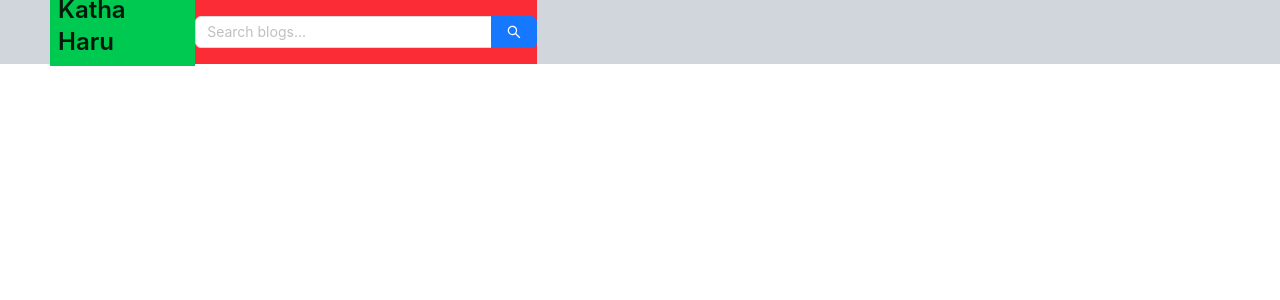
Repository: amich10/Blog_Frontend
Page: /user
These files come from the project's save history. The page is drawn as it stood at one moment and after a run of saves; the edit follows.
The browser window is 1280 px wide. The pictures show the whole page.
The project was rebuilt for these pictures with package versions that can differ from the ones it lists, and the page was loaded fresh each time. Also part of the build but not shown: vite.config.ts, src/pages/category/admin.category.tsx, src/services/user.service.tsx, src/pages/users/admin.user.list.tsx, src/components/input.component.tsx, src/pages/users/admin.adduser.tsx, src/pages/users/admin.user.edit.tsx, src/pages/category/add.category.tsx and 5 more.

Above is the page before, as saved 2025-04-25 12:13:49.

### index.html
<!doctype html>
<html lang="en">
  <head>
    <meta charset="UTF-8" />
    <link rel="icon" type="image/svg+xml" href="/vite.svg" />
    <meta name="viewport" content="width=device-width, initial-scale=1.0" />
    <title>Blog Platform</title>
  </head>
  <body>
    <div id="root"></div>
    <script type="module" src="/src/main.tsx"></script>
  </body>
</html>

### src/main.tsx
import { createRoot } from "react-dom/client";
import React from "react";
import './assets/css/main.css';
import '@ant-design/v5-patch-for-react-19';
import RouterConfig from "./config/router.config";

createRoot(document.getElementById('root')!).render(
  //<React.StrictMode>
    <RouterConfig />
  //</React.StrictMode>

);

### src/config/router.config.tsx
import { RouterProvider } from "react-router";
import { router } from "./routes.config";
import { ToastContainer } from "react-toastify";
import { AuthProvider } from "../context/auth.context";
import { CategoryProvider } from "../context/category context/category.context";

const RouterConfig = () => {
  return (
    <>
      <AuthProvider>
        <CategoryProvider>
        <ToastContainer theme="light" />
        <RouterProvider router={router}></RouterProvider>
        </CategoryProvider>
      </AuthProvider>
    </>
  );
};
export default RouterConfig;

### src/config/routes.config.tsx
import { createBrowserRouter } from "react-router";
import { lazy, Suspense } from "react";
import { Spin } from "antd";
//import ChangePasswordPage from "../pages/change-password after login/change.password";

import CategoryList from "../pages/category/admin.category";
import UserList from "../pages/users/admin.user.list";
import CreateUser from "../pages/users/admin.adduser";
import UserEdit from "../pages/users/admin.user.edit";
import AddCategory from "../pages/category/add.category";
import EditCategory from "../pages/category/edit.category";
import PostList from "../posts/posts.list";
import CreatePost from "../posts/post.create";
import EditPost from "../posts/edit.post";
import UserHomePage from "../pages/user role/home page/user.home.page";
const RegisterPage = lazy(() => import("../pages/auth/register/register.page"))
const HomePage = lazy(() => import("../pages/home/home.page"));
const ForgetPasswordPage = lazy(() => import("../pages/auth/forget-password/forget-password"));
const ActivateAccountPage = lazy(() => import("../pages/auth/activate-account/ativate-account"));
const ResetPasswordPage = lazy(() => import("../pages/auth/forget-password/reset-password"));
const AdminPannelPage = lazy(() => import("../pages/admin/admin.pannel"));

export const router = createBrowserRouter([
    {
      path: "/",
      element: (
        <Suspense fallback={<Spin fullscreen tip="Loading...." size="default" />}>
          <HomePage />
        </Suspense>
      ),
    },
    {
      path: "/register",
      element: <RegisterPage />,
    },
    {
      path: "/forget-password",
      element: <ForgetPasswordPage />,
    },
    {
      path: "activate/:activationToken",
      element: <ActivateAccountPage />,
    },
    {
      path: "verify-token/:forgetToken",
      element: (
        <Suspense fallback={<Spin fullscreen tip="Verifying token...." size="large" />}>
          <ResetPasswordPage />
        </Suspense>
      ),
    },
    {
      path: "admin",
      Component:AdminPannelPage,
      children:[
        {
            index:true
        },
        {
          path:'posts',
          Component:PostList
        },
        {
          path:"posts/create",
          Component:CreatePost
        },
        {
          path:"posts/:id",
          Component:EditPost
        },
        {
            path:'category',
            Component:CategoryList
        },
        {
          path:"category/create",
          Component:AddCategory
        },
        {
          path:"category/:id",
          Component:EditCategory
        },
        {
          path:'users',
          Component:UserList
        },
        {
          path:'users/create',
          Component:CreateUser
        },{
          path:"users/:id",
          Component:UserEdit
        },

      ]
    },
    {
      path:'user',
      Component:UserHomePage,
      children:[{
      }]
    }
  ]);

### src/context/auth.context.tsx
import { createContext, ReactNode, SetStateAction, useContext, useEffect, useState, Dispatch } from "react";
import authSvc from "../services/auth.service";
import notifcation, { getLocalStorage, NotificationType, setLocalStorage } from "../utilities/helpers";
import { webStorageConstants } from "../constants/constants";
import { Spin } from "antd";
import { LoadingOutlined } from '@ant-design/icons';

export interface ICredentials {
  username: string;
  password: string;
}

export interface IChildrenProps {
  children: ReactNode;
}

export interface IUserDetails {
  name: string;
  username: string;
  email: string;
  phone: string;
  address: string;
  role: string;
  status: string;
  _id: string;
  image: {
    url: string;
    optimizedUrl: string;
  };
  createdAt: Date;
  bio: string;
}

export interface IAuthContext {
    login: (credentials: ICredentials) => Promise<void>;
    forgetPassword: (data: { email: string }) => Promise<void>;
    userDetails: IUserDetails;
    setUserDetails: Dispatch<SetStateAction<IUserDetails | undefined>>;
  }

  export const AuthContext = createContext<IAuthContext>({
    login: async (_credentials: ICredentials): Promise<void> => {},
    forgetPassword: async (_data: { email: string }): Promise<void> => {},
    userDetails: {} as IUserDetails,
    setUserDetails: () => {},
  });

export const AuthProvider = ({ children }: IChildrenProps) => {
  const [userDetails, setUserDetails] = useState<IUserDetails>();
  const [loading,setLoading] = useState<boolean>(false)

  const getLoggedInUser = async () => {
    try {
      const userInfo = await authSvc.getRequest("auth/me");
      setUserDetails(userInfo.result.data);
      return userInfo.result.data;
    } catch (exception) {
      throw exception
    }
  };

  const LoginFunc = async (credentials: ICredentials) => {
    setLoading(true)
    try {
      const response = await authSvc.postRequest("/auth/login", credentials);
      notifcation(response.result.message, NotificationType.SUCCESS);
      setLocalStorage(webStorageConstants.ACCESS, response.result.data.accessToken);
      setLocalStorage(webStorageConstants.REFRESH, response.result.data.refreshToken);
      return await getLoggedInUser();
    } catch (exception: any) {
      notifcation(exception.response.message, NotificationType.ERROR);
    } finally{
    setLoading(false)
    }
  };

  const forgetPasswordFunc = async (data: { email: string }) => {
    try {
      const response = await authSvc.postRequest("auth/forget-password", data);
      notifcation(response.result.message, NotificationType.SUCCESS);
    } catch (exception: any) {
      const errorMsg = exception.response.message || "Unexpected error occurred. Please try again after some time.";
      notifcation(errorMsg, NotificationType.ERROR);
    }
  };

  //rehydrating state
  useEffect(() => {
    let token = getLocalStorage(webStorageConstants.ACCESS);
    if (token) {
      getLoggedInUser();
    }else{
        setLoading(false)
    }
  }, []);

  return (
    <AuthContext.Provider
      value={{
        login: LoginFunc,
        forgetPassword: forgetPasswordFunc,
        userDetails: userDetails as IUserDetails,
        setUserDetails: setUserDetails,
      }}
    >
      {loading ?  <Spin fullscreen tip="Loading ... " indicator={<LoadingOutlined/>}/> :children}
    </AuthContext.Provider>
  );
};


export const useAuth = () => {
  const { login, forgetPassword, userDetails, setUserDetails } = useContext(AuthContext);
  return {
    login,
    forgetPassword,
    userDetails,
    setUserDetails,
  };
};

### src/context/category context/category.context.tsx
import React, { createContext, useContext, useEffect, useState } from "react";
import { TablePaginationConfig } from "antd";
import { IResponseType } from "../../services/http.service";
import categorySvc from "../../services/category.service";
import notifcation, { NotificationType } from "../../utilities/helpers";
import { useAuth } from "../auth.context";

export interface IResult {
  image: {
    url: string;
    optimizedUrl: string;
  };
  _id: string;
  title: string;
  slug: string;
  parentId: string | null;
  status: string;
  createdBy: any;
  updatedBy: any;
  createdAt: string;
  updatedAt: string;
  __v: number;
}

export interface IQueryProps {
  page?: number;
  limit?: number;
  search?: string | null;
}

interface ICategoryContext {
  data: IResult[];
  loading: boolean;
  pagination: TablePaginationConfig;
  search: string;
  getAllCategory: (params?: IQueryProps) => void;
  setSearch: React.Dispatch<React.SetStateAction<string>>;
  setPagination: React.Dispatch<React.SetStateAction<TablePaginationConfig>>;
}

const CategoryContext = createContext<ICategoryContext | undefined>(undefined);

export const CategoryProvider: React.FC<{ children: React.ReactNode }> = ({ children }) => {
  const [data, setData] = useState<IResult[]>([]);
  const [loading, setLoading] = useState<boolean>(true);
  const [search, setSearch] = useState<string>("");
  const [pagination, setPagination] = useState<TablePaginationConfig>({
    total: 0,
    pageSize: 8,
    current: 1,
  });

  const { userDetails } = useAuth();

  const getAllCategory = async ({
    page = pagination.current,
    limit = pagination.pageSize,
    search = "",
  }: IQueryProps = {}) => {
    try {
      setLoading(true);
      const response: IResponseType = await categorySvc.getRequest("/category/all", {
        params: { page, limit, search },
      });
      setData(response.result.data);
      setPagination((prev) => ({
        ...prev,
        total: response.result.options.total,
        current: page,
        pageSize: limit,
      }));
    } catch (error) {
      notifcation("Could not fetch categories. Try again later.", NotificationType.ERROR);
    } finally {
      setLoading(false);
    }
  };

  useEffect(() => {
    if (userDetails) {
      getAllCategory();
    }
  }, [userDetails]);

  // Debounced search - only after user is authenticated
  useEffect(() => {
    if (userDetails) {
      const timer = setTimeout(() => {
        getAllCategory({ search });
      }, 500);
      return () => clearTimeout(timer);
    }
  }, [search, userDetails]);

  return (
    <CategoryContext.Provider
      value={{
        data,
        loading,
        pagination,
        search,
        getAllCategory,
        setSearch,
        setPagination,
      }}
    >
      {children}
    </CategoryContext.Provider>
  );
};

export const useCategory = (): ICategoryContext => {
  const context = useContext(CategoryContext);
  if (!context) throw new Error("useCategory must be used within a CategoryProvider");
  return context;
};

### src/pages/user role/home page/user.home.page.tsx
import { Layout } from "antd"
import { useState } from "react"
import AdminSideBar from "../../admin/admin.sidebar"
import UserHeader from "./user.header"

const{Header,Sider,Content} = Layout


const UserHomePage = () => {
    const [collapsed,setCollapsed] = useState<boolean>(false)
  return (
    <Layout>
        <Layout>
            <UserHeader/>
            <Content></Content>
        </Layout>
    </Layout>
  )
}

export default UserHomePage

### src/services/auth.service.tsx
import HttpService from "./http.service";

class AuthService extends HttpService {

}
const authSvc = new AuthService()
export default authSvc;

### src/utilities/helpers.tsx
import { toast } from "react-toastify"
export enum NotificationType {
    SUCCESS = "success",
    ERROR = "error",
    WARNING = "warning",
    INFO = "info"
}
const notifcation = (msg: string, type: NotificationType) => {
    if (type === NotificationType.SUCCESS) {
        toast.success(msg)
    } else if (type === NotificationType.ERROR) {
        toast.error(msg)
    } else if (type === NotificationType.WARNING) {
        toast.warning(msg)
    } else if (type === NotificationType.INFO) {
        toast.info(msg)
    } else {
        toast(msg)
    }
}
export default notifcation;



//webStorage:LocalStorage
//set localStorage
export const setLocalStorage = (name: string, value: string) => {
    localStorage.setItem(name, value)
}
//get localStorage
export const getLocalStorage = (name: string) => {
    return localStorage.getItem(name)
}
//remove localStorage
export const removeLocalStorage = (name: string) => {
    return localStorage.removeItem(name)
}
//remove all data from LocalStorage
export const cleanLocalStorage = () => {
    return localStorage.clear()
}

### src/constants/constants.tsx
export const webStorageConstants = {
        ACCESS:"access",
        REFRESH:"refresh"
}

### src/services/category.service.tsx
import HttpService from "./http.service";

class CategoryService extends HttpService {

}

const categorySVc = new CategoryService()
export default categorySVc;

### src/pages/user role/home page/user.header.tsx

import { Input, Layout, Typography } from 'antd';



const UserHeader = () => {

  return (
    <>
    <Layout.Header className=' flex bg-gray-300! '>
        <div className='flex justify-center items-center bg-red-500'>
          <Typography.Title level={3} className='p-2 font-serif w-50 bg-green-500'>Katha Haru</Typography.Title>
          <Input.Search placeholder="Search blogs..." enterButton />
        </div>

    </Layout.Header>
    </>
  )
}
export default UserHeader;

### src/services/http.service.ts
import axiosInstance from "../config/axios.config";

export interface IResult {
    data?: Array<Record<string, any>> | Record<string, any> | null | any, //Record<string, any> for an object with string keys and any values.
    message: string,
    error?: any,
    options: any,
    status: string,
}

export interface IResponseType {
    result: IResult
    status: number
}

abstract class HttpService {
    #headers: Record<string, string> = {} //object
    #params: Record<string, string> = {}
    #config: any = {} //final axios config

    #setConfig(config: any) {
        this.#headers = {
            ...this.#headers,
            "Content-Type": "application/json"
        };

        if (config.file || config.files) {
            this.#headers["Content-Type"] = "multipart/form-data";
        }


        if (config.params) {
            this.#params = config.params;
        }

        this.#config = {
            headers: this.#headers,
            params: this.#params
        };
    }

    getRequest = async (url: string, config: any = {}): Promise<IResponseType> => {
        try {
            this.#setConfig(config);
            let { data: responseData, status } = await axiosInstance.get(url, this.#config);
            return {
                result: responseData,
                status: status
            };
        } catch (exception: any) {
            throw {
                response: exception?.response?.data,
                status: exception?.response?.status
            };
        }
    };

    postRequest = async (url: string, data: any, config: any = {}): Promise<IResponseType> => {
        try {
            this.#setConfig(config);
            let { data: responseData, status } = await axiosInstance.post(url, data, this.#config);
            return {
                result: responseData,
                status: status
            };
        } catch (exception: any) {
            throw {
                response: exception?.response?.data,
                status: exception?.response?.status
            };
        }
    };

    patchRequest = async (url: string, data: any, config: any = {}): Promise<IResponseType> => {
        try {
            this.#setConfig(config); //sets headers and params
            let { data: responseData, status } = await axiosInstance.patch(url, data, this.#config);
            return {
                result: responseData,
                status: status
            };
        } catch (exception: any) {
            throw {
                response: exception?.response?.data,
                status: exception?.response?.status
            };
        }
    };

    deleteRequest = async (url: string, config: any = {}): Promise<IResponseType> => {
        try {
            this.#setConfig(config);
            let { data: responseData, status } = await axiosInstance.delete(url, this.#config);
            return {
                result: responseData,
                status: status
            };
        } catch (exception: any) {
            throw {
                response: exception?.response?.data,
                status: exception?.response?.status
            };
        }
    };
}

export default HttpService;

### src/config/axios.config.tsx
import axios from "axios"
import { getLocalStorage } from "../utilities/helpers";
import { webStorageConstants } from "../constants/constants";


const axiosInstance = axios.create({
    baseURL:import.meta.env.VITE_API_URL,
    timeout: 30000, //in millisec = 30 sec
    timeoutErrorMessage:"Request time out",
    responseEncoding:"utf-8",
    responseType:"json",
})


axiosInstance.interceptors.request.use((config) =>{
    let token = getLocalStorage(webStorageConstants.ACCESS)
    if(token){
        config.headers.Authorization = `Bearer ${token}`
    }
    return config;
})


export default axiosInstance;

Loaded but not shown: src/assets/css/main.css (common file)

After the next 2 saves:
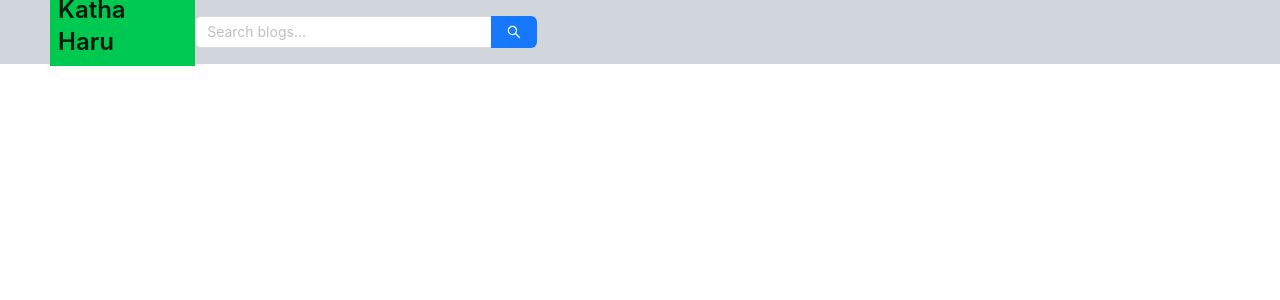
The 2 saves are shown as one change because they came seconds apart.
The last was saved 13 s later.
--- a/src/pages/user role/home page/user.header.tsx
+++ b/src/pages/user role/home page/user.header.tsx
@@ -8,7 +8,7 @@
   return (
     <>
     <Layout.Header className=' flex bg-gray-300! '>
-        <div className='flex justify-center items-center bg-red-500'>
+        <div className='flex justify-center items-center'>
           <Typography.Title level={3} className='p-2 font-serif w-50 bg-green-500'>Katha Haru</Typography.Title>
           <Input.Search placeholder="Search blogs..." enterButton />
         </div>
